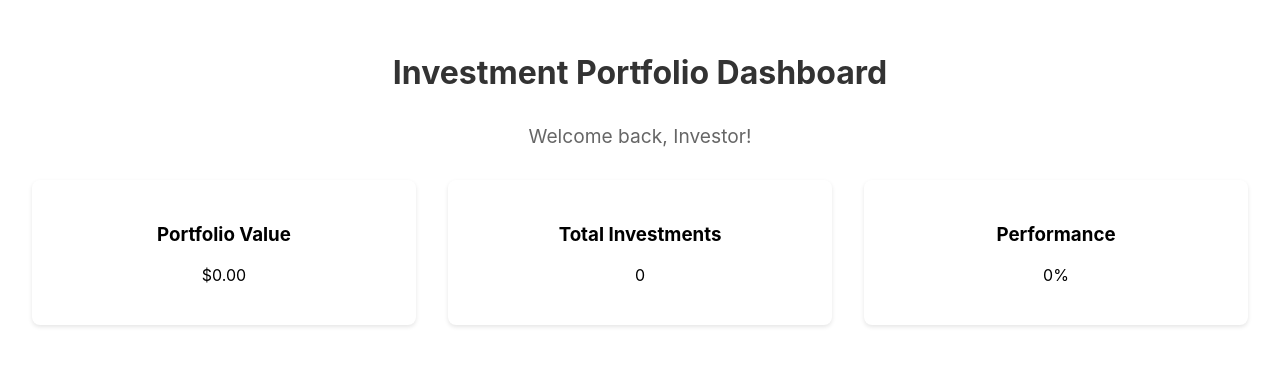
Repository: gpierre004/stock_trader_new
Page: / (app in client/)
An editor plug-in stored every save of this project. The page is shown before and after a run of saves, followed by the edit.
The browser window is 1280 px wide. The pictures show the whole page.
The project was rebuilt for these pictures with package versions that can differ from the ones it lists, and the page was loaded fresh each time.

Above is the page before, as saved 2024-12-11 18:27:40.

After the next 2 saves:
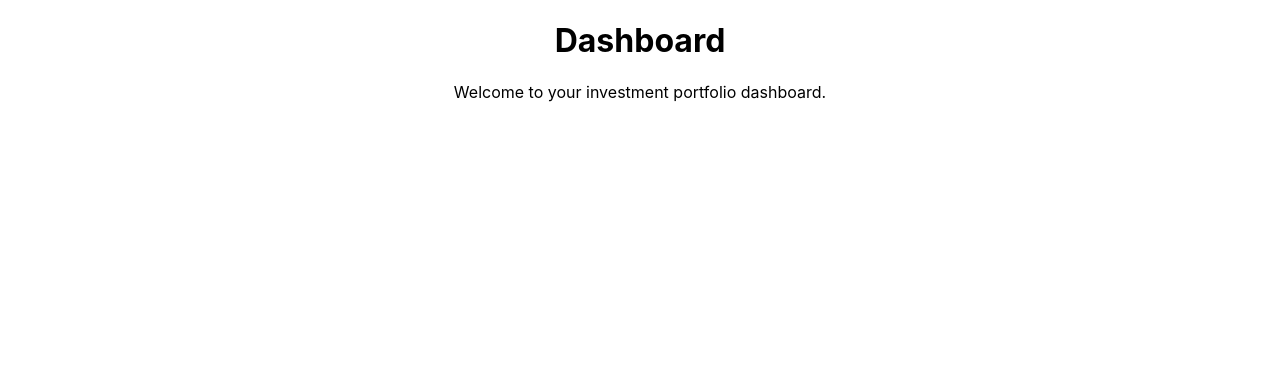
The 2 saves are shown as one change because they came seconds apart.
The last was saved 9 s later.
--- /dev/null
+++ b/client/src/pages/DashboardPage.tsx
@@ -0,0 +1,12 @@
+import React from 'react';
+
+const DashboardPage: React.FC = () => {
+  return (
+    <div>
+      <h1>Dashboard</h1>
+      <p>Welcome to your investment portfolio dashboard.</p>
+    </div>
+  );
+};
+
+export default DashboardPage;
